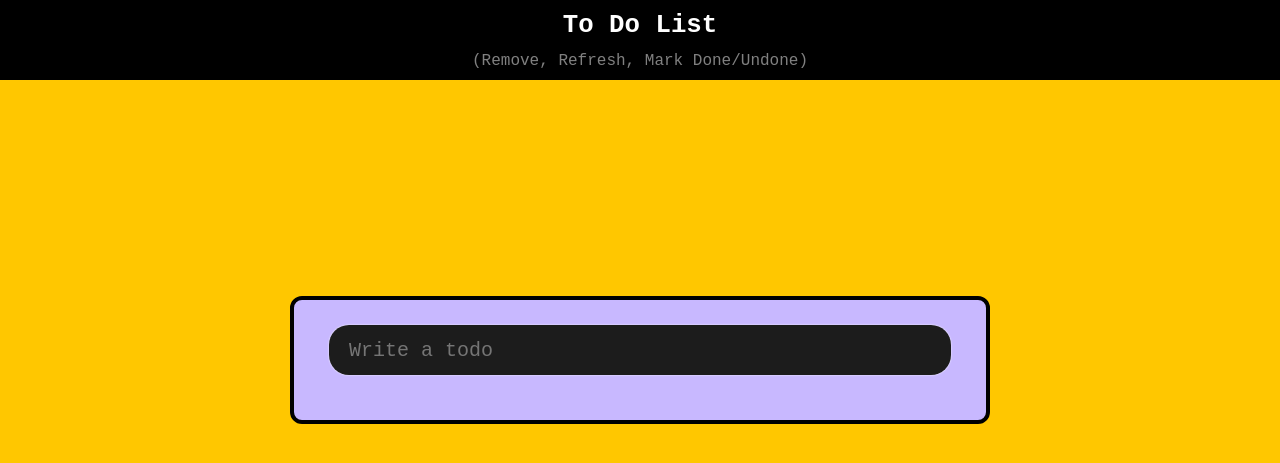
Repository: ThisIsSahaj/Js-Projects
Page: ToDoList/index.html
An editor plug-in stored every save of this project. The page is shown before and after the next save, followed by the edit.
The browser window is 1280 px wide. The pictures show the whole page.

Above is the page before, as saved 2024-04-24 09:40:35.

### ToDoList/index.html
<!DOCTYPE html>
<html lang="en">
<head>
    <meta charset="UTF-8">
    <meta http-equiv="X-UA-Compatible" content="IE=edge">
    <meta name="viewport" content="width=device-width, initial-scale=1.0">
    <title>To Do List</title>
    <link rel="stylesheet" href="style.css">
    <link rel="stylesheet" href="https://cdnjs.cloudflare.com/ajax/libs/font-awesome/6.0.0/css/all.min.css" integrity="sha512-9usAa10IRO0HhonpyAIVpjrylPvoDwiPUiKdWk5t3PyolY1cOd4DSE0Ga+ri4AuTroPR5aQvXU9xC6qOPnzFeg==" crossorigin="anonymous" referrerpolicy="no-referrer" />

</head>
<body>
    <div class="header">
       <h3>To Do List</h3>
        <p>(Remove, Refresh, Mark Done/Undone)</p>

    </div>
    <div class="box">

            <input type="text" placeholder="Write a todo" >
            <ul class="todoBox">

            </ul>

    </div>
</body>

<script src="script.js"></script>
</html>

### ToDoList/style.css
*{
    margin: 0;
    padding: 0;
    box-sizing: border-box;
    outline: none;
}

body{
    /* background-color: #000; */
    background-color: #FFC700;
    display: flex;
    flex-wrap: wrap;
    font-family: monospace;
}

.header{
    width: 100%;
    height: 80px;
    background-color: black;
    color: white;
    display: flex;
    flex-direction: column;
    align-items: center;
    justify-content: center;
    font-family: monospace;
    font-size: 22px;
    gap: 12px;
    /* border: 2px solid blue; */
}

.header p {
    color: grey;
    font-size: 16px;
}



.box{
    /* border: 2px solid red; */
    /* background-color: #C6B9FF;
    margin-top: 50px;
    width: 100%;
    display: flex;
    justify-content: center;
    align-items: center;
    flex-direction: column; */

    width: 700px;
    padding: 25px 35px;
    position: absolute;
    top: 50%;
    left: 50%;
    transform: translate(-50%,-50%);
    background-color: #C8B8FF;
    border: 4px solid black;
    color: black;
    border-radius: 12px;
    font-weight: bold;
}



input{
    width: 100%;
    height: 50px;
    border-radius: 20px;
    color: white;
    padding: 20px;
    font-size: 20px;
    font-family: monospace;
    background-color: rgb(28, 28, 28);
    border: none;
    box-shadow: 0px 0px 2px white;

}

.todoBox{
    /* border: 2px solid red; */
    margin-top: 20px;
    list-style: none;
    width: 100%;
}



.todoBox li {
    position: relative;
    background-color: rgb(34, 34, 34);
    box-shadow: 0px 3px 6px rgba(0, 0, 0, 0.05), 0px 8px 15px rgba(0, 0, 0, 0.1), 0 0 0 1px rgba(255, 255, 255, 0.1);
    padding: 20px;
    border-radius: 15px;



    transition: box-shadow 0.25s;
    /* width: 100%; */
    /* height: 50px; */
    margin: 20px 0px;

    font-size: 16px;
    font-family: monospace;
    color: white;
    padding-right: 45px;
    text-align: justify;
    user-select: none;

}

.todoBox li i {
    color: rgb(142, 142, 142);
    position: absolute;
    right: 20px;
    cursor: pointer;
    /* top: 50%; */
    top: 20px;

}

.done{
    text-decoration: line-through;
    color: grey !important;

}

### ToDoList/script.js
const input = document.querySelector('input');
const todoBox = document.querySelector('.todoBox');



// ✅ LOCAL STORAGE
const updateLS = () => {
    const taskValue = document.querySelectorAll('li');

    const tasks = [];

    taskValue.forEach((curEle) => {
        return tasks.push(curEle.textContent.trim());
    });

    localStorage.setItem('tasks', JSON.stringify(tasks));
}




// ✅ ADD TASK
const addTask = (text) => {
    const task = document.createElement('li');

    const htmlData =
        ` <p>${text}</p>

          <i class="delete fa-regular fa-circle-xmark"></i> `
    task.insertAdjacentHTML('afterbegin', htmlData);
    todoBox.appendChild(task);


    // ✅ DELETE TASK
    const deleteBtn = task.querySelector('i');
    deleteBtn.addEventListener('click', ()=>{
    task.remove();
    updateLS();
    })


    // ✅ Mark a task DONE/UNDONE
    task.addEventListener('click', ()=>{
        task.classList.toggle('done');
    })
}





// ✅ GET THE INPUT
input.addEventListener('keyup', (event)=>{

    // to know which key is being pressed
   // console.log(event.key);

  if (event.key == 'Enter') {

    // to get the value written in input
    // console.log(input.value);

      addTask(input.value);
      updateLS();

      //to clear the value written in input after ENTER
      input.value = "";

    }
})






// ✅ GETTING DATA BACK FROM LOCAL SOTRAGE
const taskAvailable = JSON.parse(localStorage.getItem('tasks'));

if(taskAvailable)
{
    taskAvailable.forEach((curTask) =>
    {
        addTask(curTask);
    })};

After the next save:
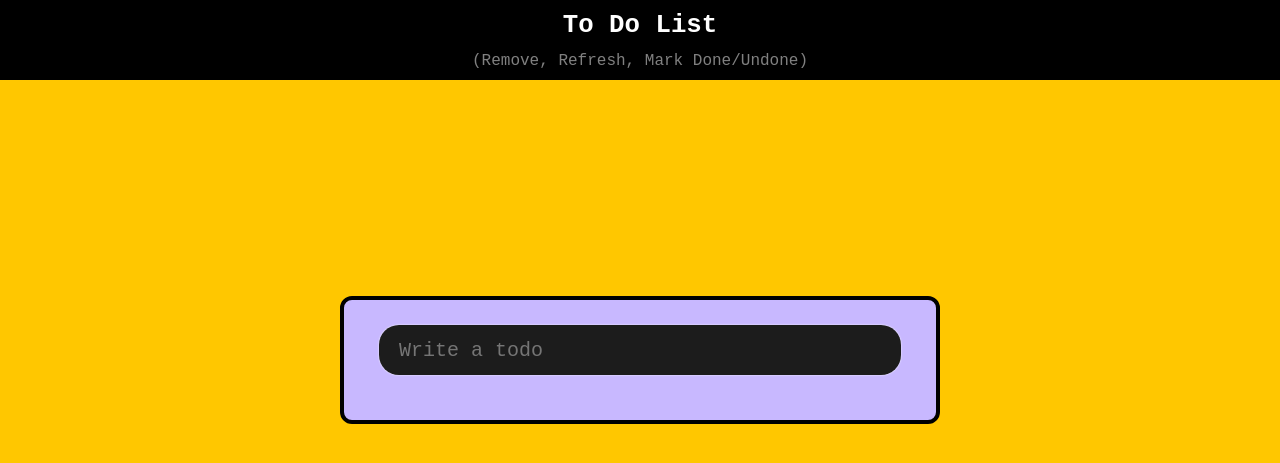
Saved 15 s later.
--- a/ToDoList/style.css
+++ b/ToDoList/style.css
@@ -45,7 +45,7 @@ body{
     align-items: center;
     flex-direction: column; */
 
-    width: 700px;
+    width: 600px;
     padding: 25px 35px;
     position: absolute;
     top: 50%;
